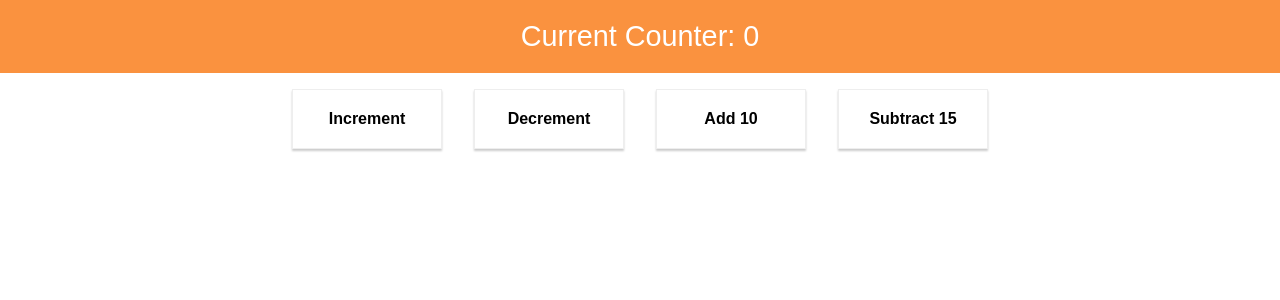
Repository: Aqsajj/react-learning
Page: / (app in redux/redux--01-start/)
These files come from the project's save history. The page is drawn as it stood at one moment and after the next save; the edit follows.
The browser window is 1280 px wide. The pictures show the whole page.
The project was rebuilt for these pictures with package versions that can differ from the ones it lists, and the page was loaded fresh each time.

Above is the page before, as saved 2020-06-04 14:22:01.

After the next save:
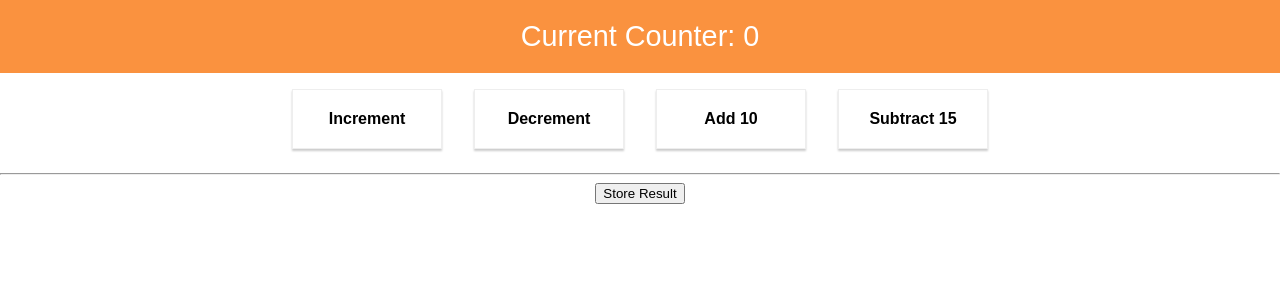
Saved 78 s later.
--- a/redux/redux--01-start/src/containers/Counter/Counter.js
+++ b/redux/redux--01-start/src/containers/Counter/Counter.js
@@ -33,6 +33,8 @@ class Counter extends Component {
                 <CounterControl label="Decrement" clicked={this.props.onDecrementCounter} />
                 <CounterControl label="Add 10" clicked={this.props.onAddCounter} />
                 <CounterControl label="Subtract 15" clicked={this.props.onSubtractCounter} />
+                <hr></hr>
+                <button>Store Result</button>
             </div>
         );
     }
